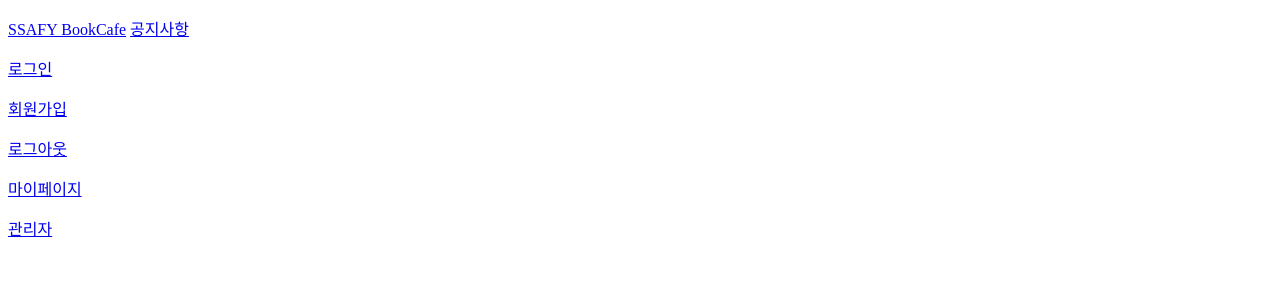
Repository: kjungyoun/Web_Study_2021
Page: web_front/WebContent/workshop0302/index.html
These files come from the project's save history. The page is drawn as it stood at one moment and after the next save; the edit follows.
The browser window is 1280 px wide. The pictures show the whole page.

Above is the page before, as saved 2021-03-02 07:46:09.

After the next save:
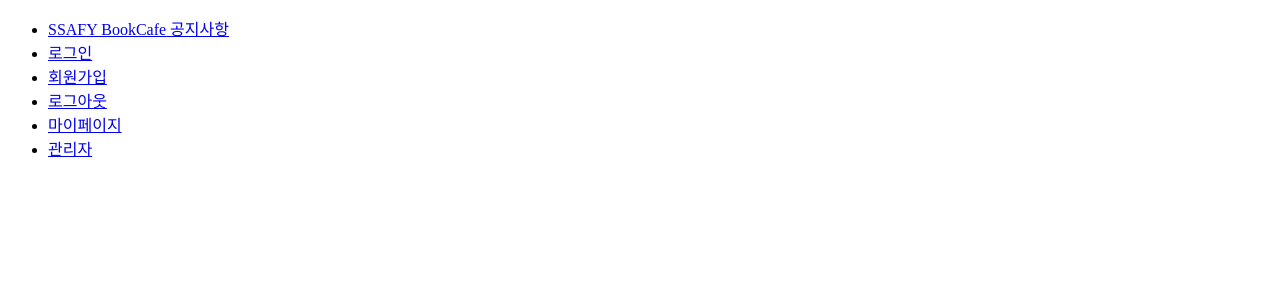
Saved 3 min 5 s later.
--- a/web_front/WebContent/workshop0302/index.html
+++ b/web_front/WebContent/workshop0302/index.html
@@ -6,25 +6,14 @@
 </head>
 <body>
 <div>
-	<p>
-		<a href="index.html"> SSAFY BookCafe</a>
-		<a href="index.html"> 공지사항</a>
-	</p>
-	<p>
-		<a href="login.html">로그인</a>
-	</p>
-	<p>
-		<a href="assign.html">회원가입</a>
-	</p>
-	<p>
-		<a href="logout.html">로그아웃</a>
-	</p>
-	<p>
-		<a href="mypage.html">마이페이지</a>
-	</p>
-	<p>
-		<a href="admin.html">관리자</a>
-	</p>
+	<ul>
+		<li> <a href="index.html"> SSAFY BookCafe</a><a href="index.html"> 공지사항</a></li>
+		<li><a href="login.html">로그인</a></li>
+		<li><a href="assign.html">회원가입</a></li>
+		<li><a href="logout.html">로그아웃</a></li>
+		<li><a href="mypage.html">마이페이지</a></li>
+		<li><a href="admin.html">관리자</a></li>
+	</ul>
 </div>
 
 </body>

After the 3 saves that followed:
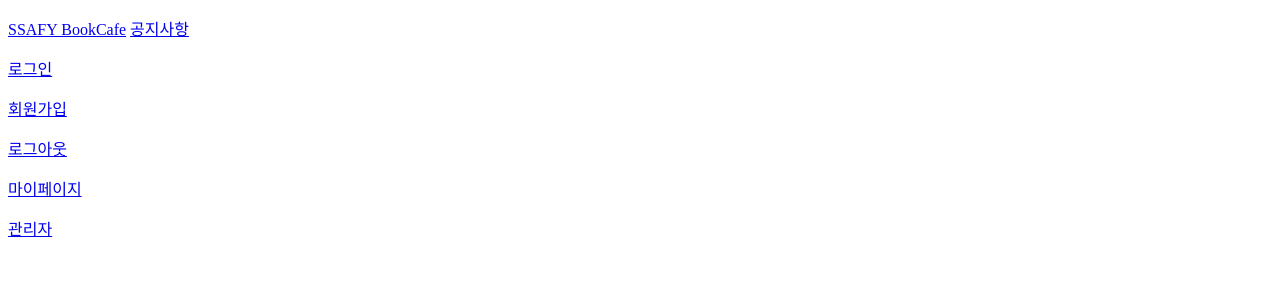
The 3 saves are shown as one change because 2 left the picture as it was.
The last was saved 3 min 4 s later.
--- a/web_front/WebContent/workshop0302/index.html
+++ b/web_front/WebContent/workshop0302/index.html
@@ -6,14 +6,25 @@
 </head>
 <body>
 <div>
-	<ul>
-		<li> <a href="index.html"> SSAFY BookCafe</a><a href="index.html"> 공지사항</a></li>
-		<li><a href="login.html">로그인</a></li>
-		<li><a href="assign.html">회원가입</a></li>
-		<li><a href="logout.html">로그아웃</a></li>
-		<li><a href="mypage.html">마이페이지</a></li>
-		<li><a href="admin.html">관리자</a></li>
-	</ul>
+	<p>
+		<a href="index.html"> SSAFY BookCafe</a>
+		<a href="index.html"> 공지사항</a>
+	</p>
+	<p>
+		<a href="login.html">로그인</a>
+	</p>
+	<p>
+		<a href="assign.html">회원가입</a>
+	</p>
+	<p>
+		<a href="logout.html">로그아웃</a>
+	</p>
+	<p>
+		<a href="mypage.html">마이페이지</a>
+	</p>
+	<p>
+		<a href="admin.html">관리자</a>
+	</p>
 </div>
 
 </body>
